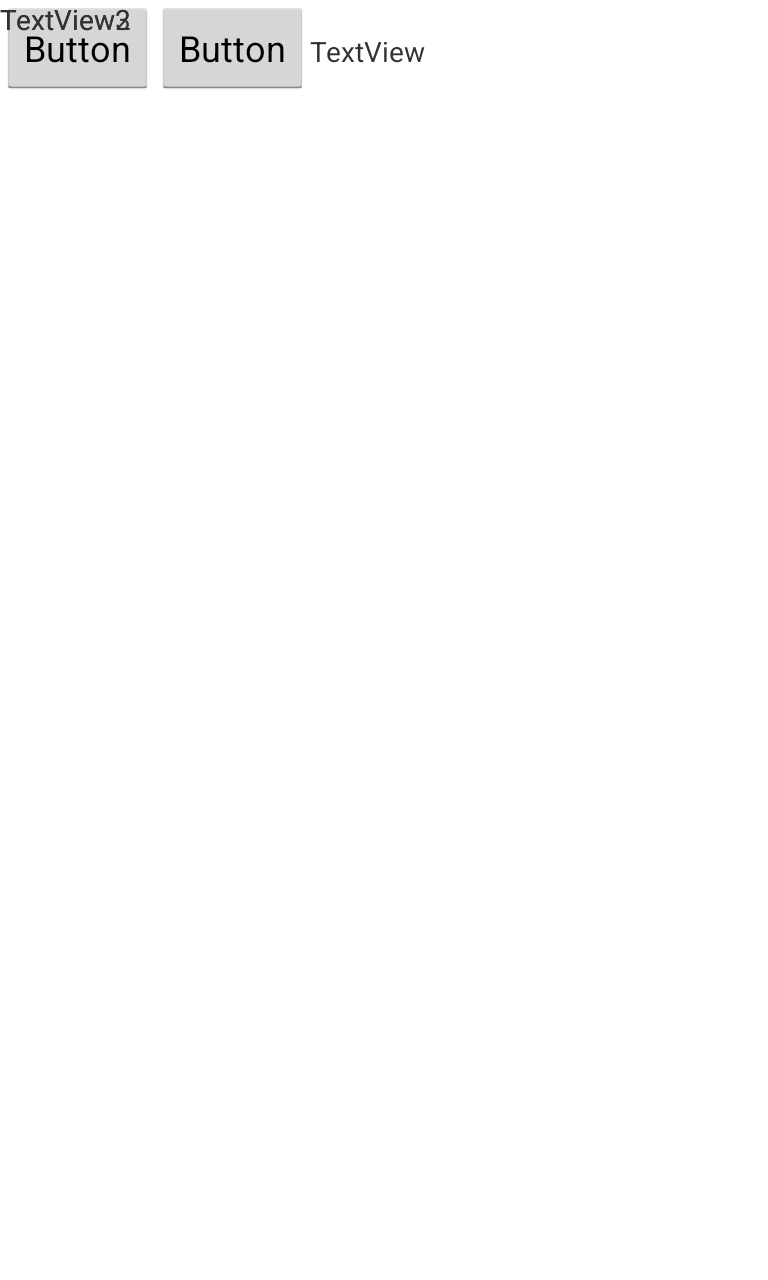
Repository: pcombi/android_dev
Layout: ExampleApp/res/layout/tabs.xml
These files come from the project's save history. The layout is drawn as it stood at one moment and after the next save; the edit follows.
It is drawn on a 768 x 1280 px phone screen (xhdpi) without system bars, with theme AppTheme; the app's code is not run.

Above is the layout before, as saved 2012-12-24 22:22:34.

### ExampleApp/res/layout/tabs.xml
<?xml version="1.0" encoding="utf-8"?>
<LinearLayout xmlns:android="http://schemas.android.com/apk/res/android"
    android:layout_width="match_parent"
    android:layout_height="match_parent"
    android:orientation="vertical" >

    <TabHost
        android:id="@android:id/tabhost"
        android:layout_width="match_parent"
        android:layout_height="match_parent" >

        <LinearLayout
            android:layout_width="match_parent"
            android:layout_height="match_parent"
            android:orientation="vertical" >

            <TabWidget
                android:id="@android:id/tabs"
                android:layout_width="match_parent"
                android:layout_height="wrap_content" >
            </TabWidget>

            <FrameLayout
                android:id="@android:id/tabcontent"
                android:layout_width="match_parent"
                android:layout_height="match_parent" >

                <LinearLayout
                    android:id="@+id/tab1"
                    android:layout_width="match_parent"
                    android:layout_height="match_parent" >

                    <Button
                        android:id="@+id/button1"
                        android:layout_width="wrap_content"
                        android:layout_height="wrap_content"
                        android:text="Button" />

                    <Button
                        android:id="@+id/button2"
                        android:layout_width="wrap_content"
                        android:layout_height="wrap_content"
                        android:text="Button" />

                    <TextView
                        android:id="@+id/textView1"
                        android:layout_width="wrap_content"
                        android:layout_height="wrap_content"
                        android:text="TextView" />

                </LinearLayout>

                <LinearLayout
                    android:id="@+id/tab2"
                    android:layout_width="match_parent"
                    android:layout_height="match_parent" >

                    <TextView
                        android:id="@+id/textView2"
                        android:layout_width="wrap_content"
                        android:layout_height="wrap_content"
                        android:text="TextView2" />
                </LinearLayout>

                <LinearLayout
                    android:id="@+id/tab3"
                    android:layout_width="match_parent"
                    android:layout_height="match_parent" >

                    <TextView
                        android:id="@+id/textView3"
                        android:layout_width="wrap_content"
                        android:layout_height="wrap_content"
                        android:text="TextView3" />
                </LinearLayout>
            </FrameLayout>
        </LinearLayout>
    </TabHost>

</LinearLayout>

Loaded but not shown: ExampleApp/res/values/styles.xml (common file); ExampleApp/res/values-v11/styles.xml (common file); ExampleApp/res/values-v14/styles.xml (common file)

After the next save:
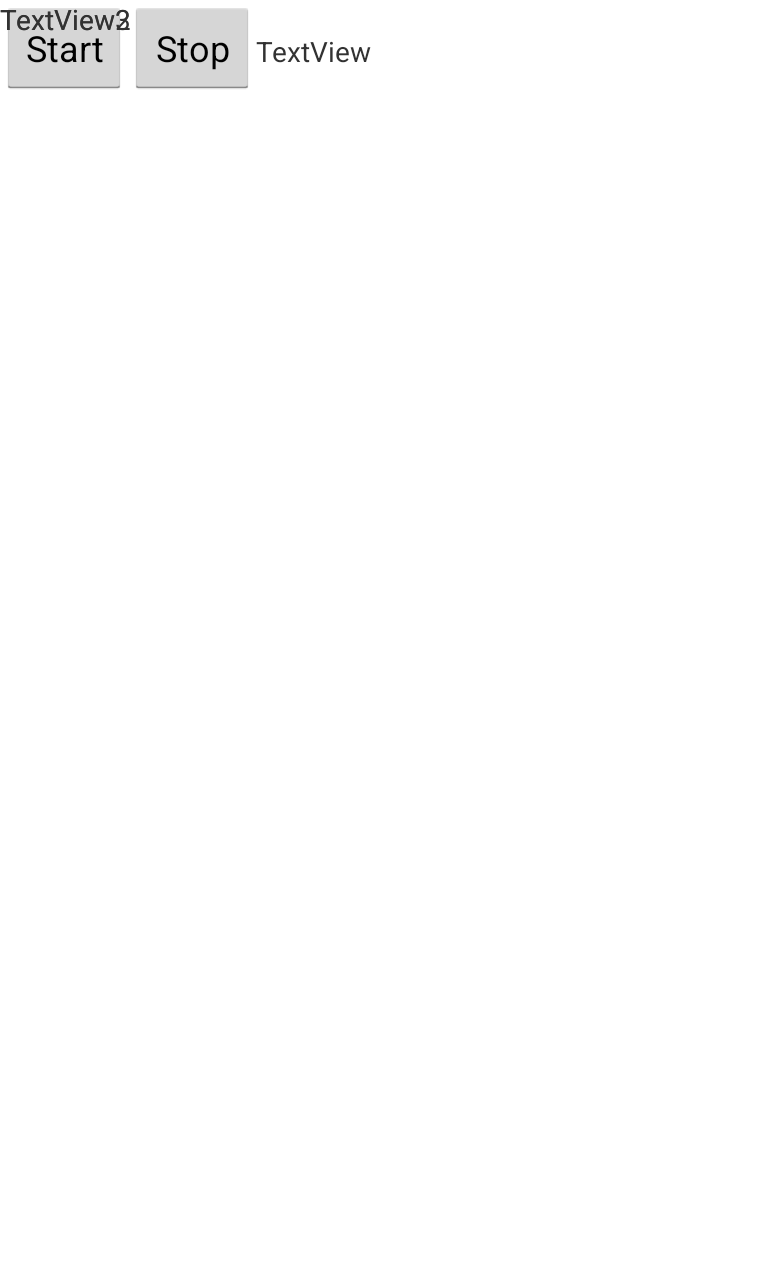
Saved 2 min 14 s later.
--- a/ExampleApp/res/layout/tabs.xml
+++ b/ExampleApp/res/layout/tabs.xml
@@ -5,7 +5,7 @@
     android:orientation="vertical" >
 
     <TabHost
-        android:id="@android:id/tabhost"
+        android:id="@+id/tabhost"
         android:layout_width="match_parent"
         android:layout_height="match_parent" >
 
@@ -31,19 +31,19 @@
                     android:layout_height="match_parent" >
 
                     <Button
-                        android:id="@+id/button1"
+                        android:id="@+id/bStartWatch"
                         android:layout_width="wrap_content"
                         android:layout_height="wrap_content"
-                        android:text="Button" />
+                        android:text="Start" />
 
                     <Button
-                        android:id="@+id/button2"
+                        android:id="@+id/bStopWatch"
                         android:layout_width="wrap_content"
                         android:layout_height="wrap_content"
-                        android:text="Button" />
+                        android:text="Stop" />
 
                     <TextView
-                        android:id="@+id/textView1"
+                        android:id="@+id/tvShowResults"
                         android:layout_width="wrap_content"
                         android:layout_height="wrap_content"
                         android:text="TextView" />
